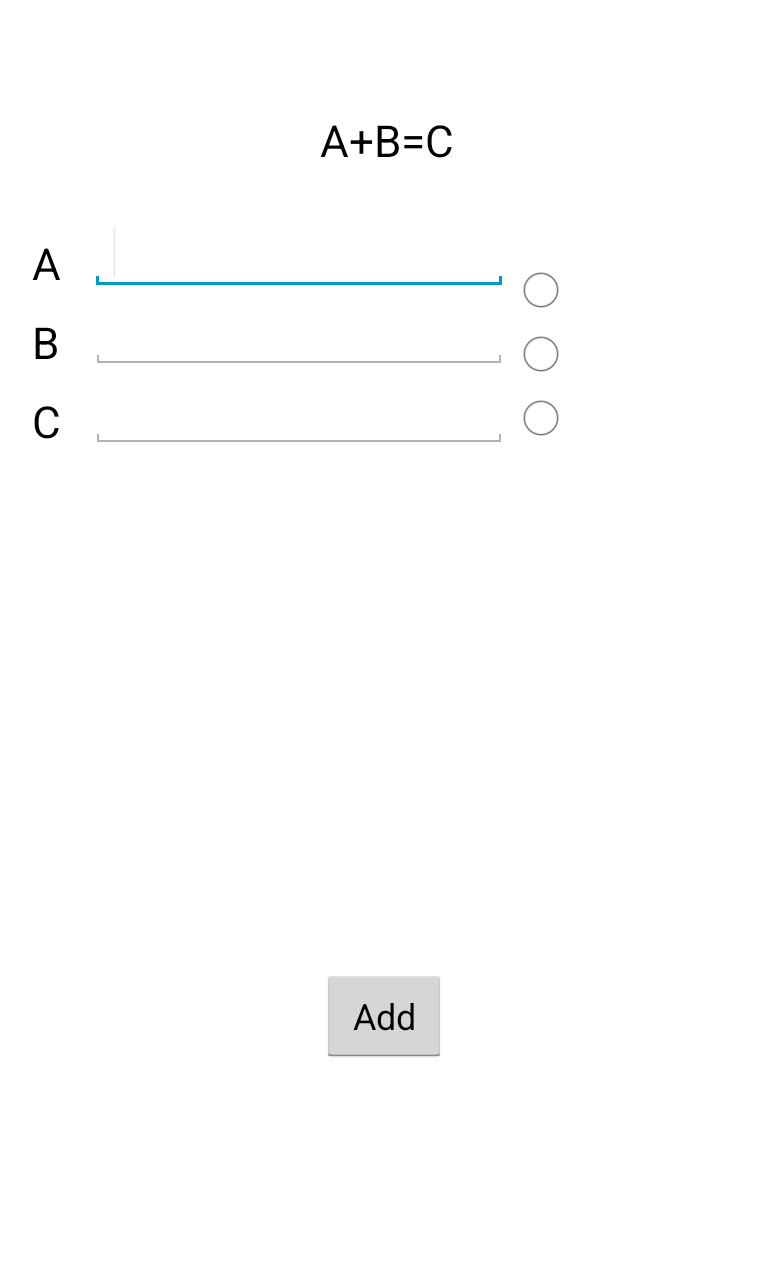
Repository: dtri123/Equation-Station
Layout: TheEquationStation/res/layout/addition_page.xml
An editor plug-in stored every save of this project. The layout is shown before and after the next save, followed by the edit.
It is drawn on a 768 x 1280 px phone screen (xhdpi) without system bars, with theme AppTheme; the app's code is not run.

Above is the layout before, as saved 2013-07-17 18:42:31.

After the next save:
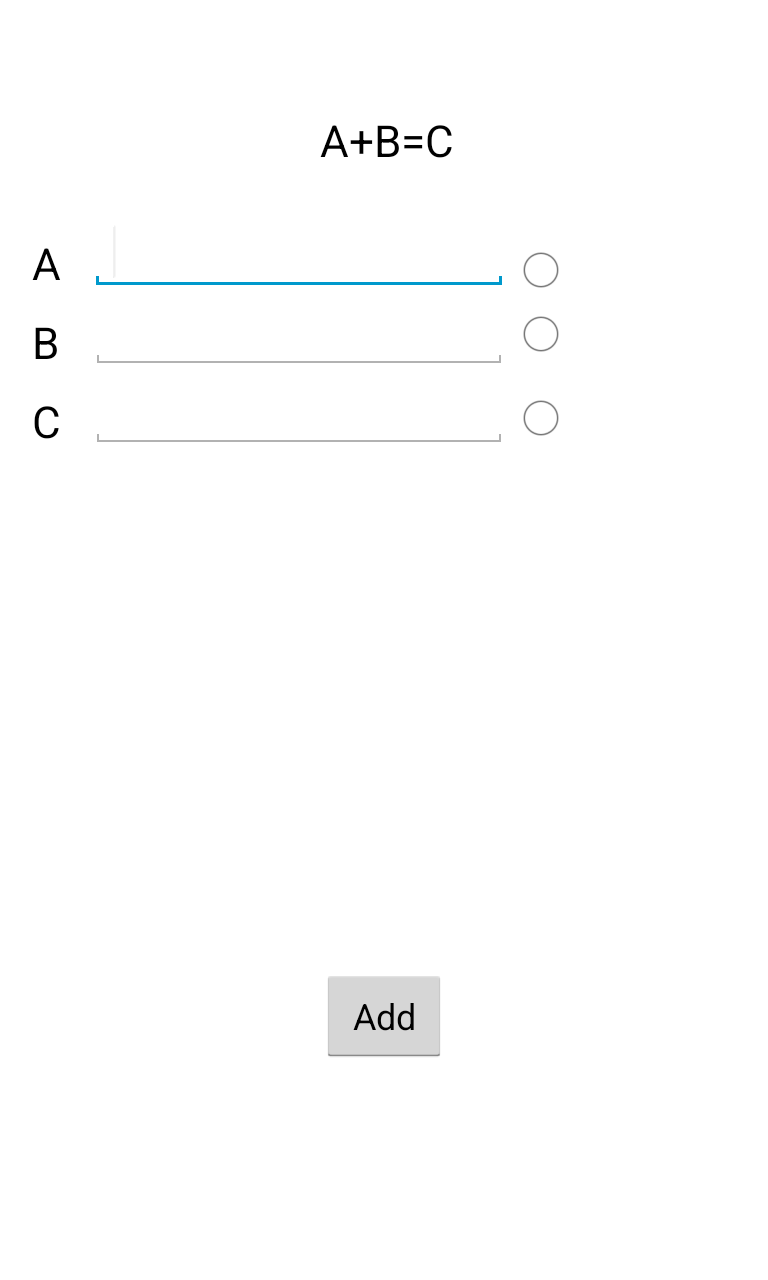
Saved 43 s later.
--- a/TheEquationStation/res/layout/addition_page.xml
+++ b/TheEquationStation/res/layout/addition_page.xml
@@ -104,6 +104,7 @@
 	    <RadioButton
 	        android:id="@+id/radioButtonSum"
 	        android:layout_width="wrap_content"
-	        android:layout_height="wrap_content"/>
+	        android:layout_height="wrap_content"
+	        android:layout_marginTop="10dp"/>
 </RadioGroup>
 </RelativeLayout>
